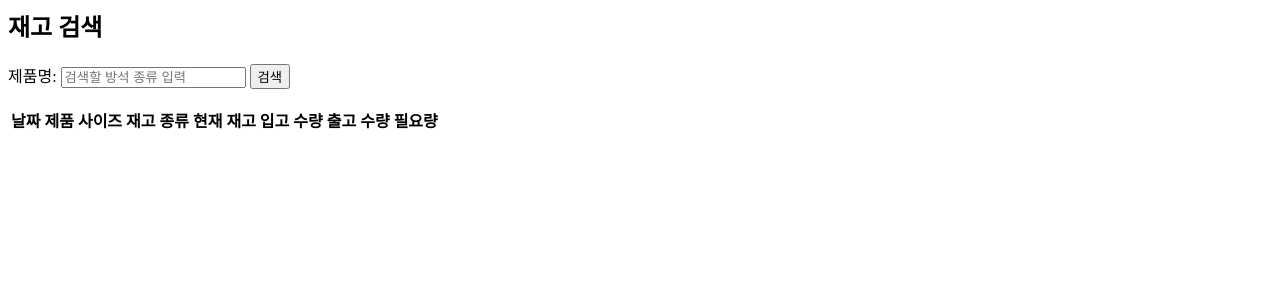
Repository: bluefoginthecup/inventory
Page: public/compare_should_delete/compare.html
These files come from the project's save history. The page is drawn as it stood at one moment and after the next save; the edit follows.
The browser window is 1280 px wide. The pictures show the whole page.

Above is the page before, as saved 2025-01-05 17:13:12.

After the next save:
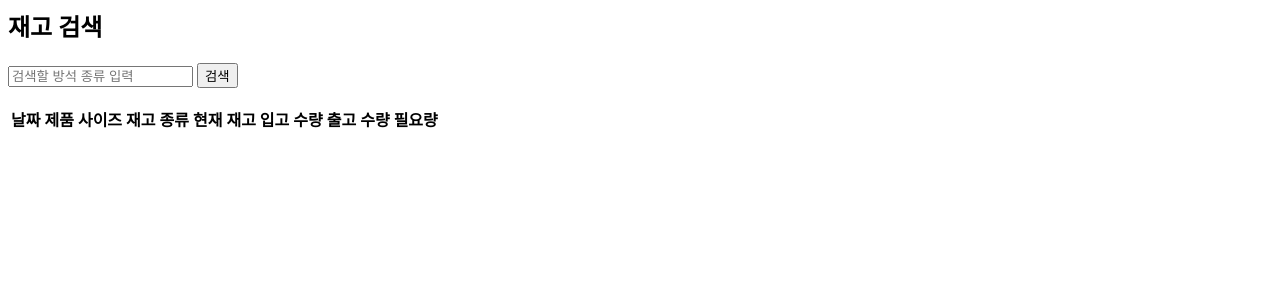
Saved 80 s later.
--- a/public/compare_should_delete/compare.html
+++ b/public/compare_should_delete/compare.html
@@ -1,7 +1,6 @@
 <section id="searchSection" class="section active">
     <h2>재고 검색</h2>
     <form id="searchForm">
-        <label for="searchInput">제품명:</label>
         <input type="text" id="searchInput" placeholder="검색할 방석 종류 입력" required>
 
         <button type="button" id="searchBtn">검색</button>
